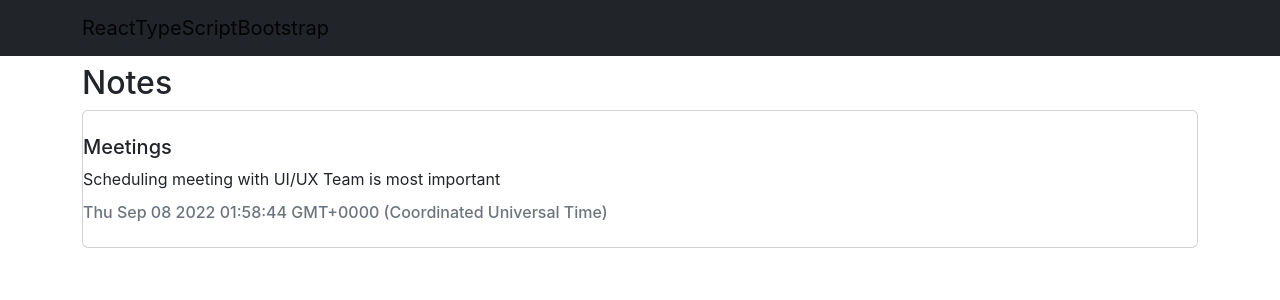
Repository: OmniaRafat232111121/notes
Page: /
The author's editor kept a copy of each file at every save. The page is drawn from the files as they stood at one save, then again after a run of saves.
The browser window is 1280 px wide. The pictures show the whole page.
The project was rebuilt for these pictures with package versions that can differ from the ones it lists, and the page was loaded fresh each time. Also part of the build but not shown: src/App.css.

Above is the page before, as saved 2022-09-08 02:20:01.

### public/index.html
<!DOCTYPE html>
<html lang="en">
  <head>
    <meta charset="utf-8" />
    <link rel="icon" href="%PUBLIC_URL%/favicon.ico" />
    <meta name="viewport" content="width=device-width, initial-scale=1" />
    <meta name="theme-color" content="#000000" />
    <meta
      name="description"
      content="Web site created using create-react-app"
    />
    <link rel="apple-touch-icon" href="%PUBLIC_URL%/logo192.png" />
    <link
    rel="stylesheet"
    href="https://cdn.jsdelivr.net/npm/bootstrap@5.2.0-beta1/dist/css/bootstrap.min.css"
    integrity="sha384-0evHe/X+R7YkIZDRvuzKMRqM+OrBnVFBL6DOitfPri4tjfHxaWutUpFmBp4vmVor"
    crossorigin="anonymous"
  />
    <link rel="manifest" href="%PUBLIC_URL%/manifest.json" />
    <title>React App</title>
  </head>
  <body>
    <noscript>You need to enable JavaScript to run this app.</noscript>
    <div id="root"></div>
  </body>
</html>

### src/App.tsx
import React,{useState} from 'react';
import './App.css';
import Header from './components/Header';
import NotesList from './components/NotesList';
import {Note} from "./modals/note.model"
import {Container,Row,Col} from 'react-bootstrap';
function App() {
  const [notes,setNotes]=useState<Note[]>([{
   id:(new Date).toString(),
   title:"Meetings",
   text:"Scheduling meeting with UI/UX Team is most important",
   color:'#dfdfdf',
   date:(new Date).toString()
  }]);

  return (
   <>
   <Header/>
   <Container className="mt-5">
    <Row>
      <Col>
      <NotesList notes={notes}/>
      </Col>
    </Row>
   </Container>
   </>
  );
}

export default App;

### src/components/Header.tsx
import * as React from 'react';
import { Navbar,Container } from 'react-bootstrap';

interface IHeaderProps {
}

const Header: React.FunctionComponent<IHeaderProps> = (props) => {
    return (
    <Navbar fixed="top" bg="dark" >
    <Container>
        <Navbar.Brand>
            ReactTypeScriptBootstrap
        </Navbar.Brand>
    </Container>
    </Navbar>
    );
};

export default Header;

### src/components/NotesList.tsx
import * as React from 'react';
import Notes from './Notes';
import { Note } from '../modals/note.model';

interface INotesListProps {
    notes: Note[],

}

const NotesList: React.FC<INotesListProps> = ({ notes}) => {
    const renderNotes = ():JSX.Element[] => {
        return notes.map(note => {
            return <Notes key={note.id} note={note} />
        })
    }
    return (
        <>
            <h2 className="mt-3">Notes</h2>
            <div>{ renderNotes() }</div>
        </>
  );
};

export default NotesList;

### src/components/Notes.tsx
import * as React from 'react';
import {Card} from 'react-bootstrap'
import {Note} from '../modals/note.model'
interface INotesProps {
    note:Note
}

const Notes: React.FunctionComponent<INotesProps> = ({note}) => {
  return (
<div className="mb-3 ">
     <Card className="py-4">
        <Card.Title >
            {note.title}
        </Card.Title>
        <Card.Text>
            {note.text}
        </Card.Text>
        <Card.Subtitle className="text-muted">
         {note.date}
        </Card.Subtitle>
     </Card>

</div>
  );
};

export default Notes;

Loaded but not shown: src/index.tsx (common file); src/index.css (common file); src/reportWebVitals.ts (common file)

After the next 3 saves:
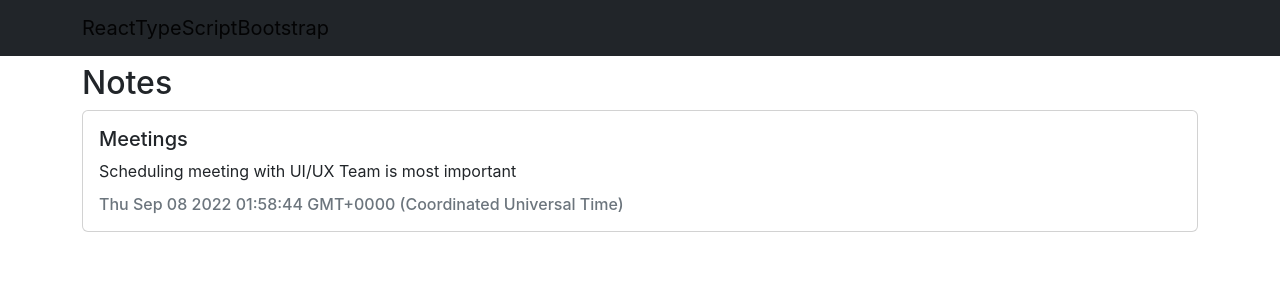
The 3 saves are shown as one change because they came seconds apart.
The last was saved 7 s later.
--- a/src/components/Notes.tsx
+++ b/src/components/Notes.tsx
@@ -8,7 +8,7 @@ interface INotesProps {
 const Notes: React.FunctionComponent<INotesProps> = ({note}) => {
   return (
 <div className="mb-3 ">
-     <Card className="py-4">
+     <Card className="p-3">
         <Card.Title >
             {note.title}
         </Card.Title>
